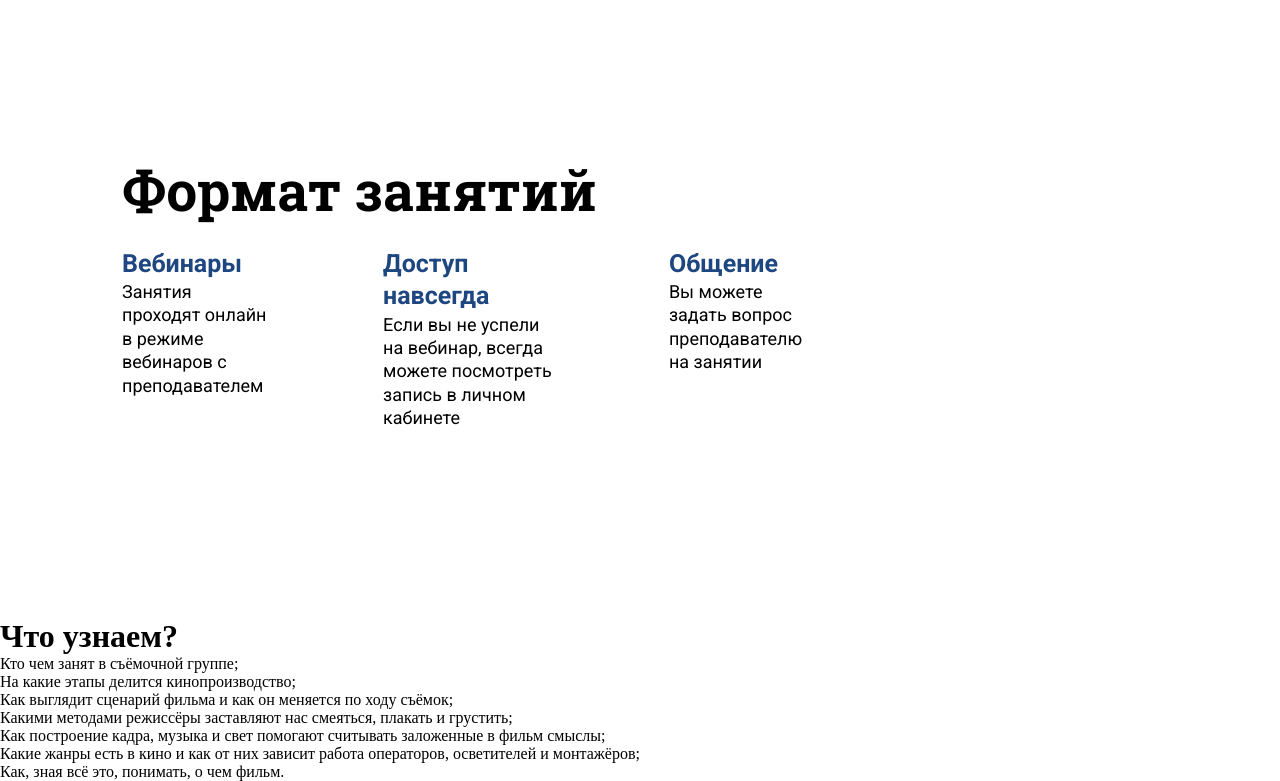
Repository: mirali879/previous-proj
Page: index.html
An editor plug-in stored every save of this project. The page is shown before and after the next save, followed by the edit.
The browser window is 1280 px wide. The pictures show the whole page.

Above is the page before, as saved 2023-05-06 19:26:53.

### index.html
<!DOCTYPE html>
<html lang="en">
  <head>
    <meta charset="UTF-8" />
    <meta http-equiv="X-UA-Compatible" content="IE=edge" />
    <meta name="viewport" content="width=device-width, initial-scale=1.0" />
    <link rel="stylesheet" href="/style.css" />
    <title>Document</title>
  </head>
  <body>
    <div class="page-1">
      <h1>Формат занятий</h1>

      <ul>
        <li >
          <h3>Вебинары</h3>
          <span
            >Занятия проходят онлайн в режиме вебинаров с преподавателем</span
          >
        </li>
        <li >
          <h3>Доступ навсегда</h3>
          <span
            >Если вы не успели на вебинар, всегда можете посмотреть запись в
            личном кабинете</span
          >
        </li>
        <li >
          <h3>Общение</h3>
          <span>Вы можете задать вопрос преподавателю на занятии</span>
        </li>
      </ul>
    </div>

    <div class="page-2">
      <h1>Что узнаем?</h1>
        <ul >
          <li>Кто чем занят в съёмочной группе;</li>
          <li>На какие этапы делится кинопроизводство;</li>
          <li>
            Как выглядит сценарий фильма и как он меняется по ходу съёмок;
          </li>
          <li>
            Какими методами режиссёры заставляют нас смеяться, плакать и
            грустить;
          </li>
          <li>
            Как построение кадра, музыка и свет помогают считывать заложенные в
            фильм смыслы;
          </li>
          <li>
            Какие жанры есть в кино и как от них зависит работа операторов,
            осветителей и монтажёров;
          </li>
          <li>Как, зная всё это, понимать, о чем фильм.</li>
        </ul>
    </div>

    <!-- <div class="container2">
        <h1>Программа курса</h1>
        <div class="box-row">
            <div class="box">
                <img src="/images/pic-1.png" alt="">
                <h3>1. Как создают кино</h3>
                <div class="div">
                    8 сентября 20:00 Данила Кузнецов
                </div>
            </div>

            <div class="box">
                <img src="/images/pic-1.png" alt="">
                <h3>1. Как создают кино</h3>
                <div class="div">
                    8 сентября 20:00 Данила Кузнецов
                </div>
            </div>

            <div class="box">
                <img src="/images/pic-1.png" alt="">
                <h3>1. Как создают кино</h3>
                <div class="div">
                    8 сентября 20:00 Данила Кузнецов
                </div>
            </div>

            <div class="box">
                <img src="/images/pic-1.png" alt="">
                <h3>1. Как создают кино</h3>
                <div class="div">
                    8 сентября 20:00 Данила Кузнецов
                </div>
            </div>

            <div class="box">
                <img src="/images/pic-1.png" alt="">
                <h3>1. Как создают кино</h3>
                <div class="div">
                    8 сентября 20:00 Данила Кузнецов
                </div>
            </div>

            <div class="box">
                <img src="/images/pic-1.png" alt="">
                <h3>1. Как создают кино</h3>
                <div class="div">
                    8 сентября 20:00 Данила Кузнецов
                </div>
            </div>

            <div class="box">
                <img src="/images/pic-1.png" alt="">
                <h3>1. Как создают кино</h3>
                <div class="div">
                    8 сентября 20:00 Данила Кузнецов
                </div>
            </div>

            <div class="box">
                <img src="/images/pic-1.png" alt="">
                <h3>1. Как создают кино</h3>
                <div class="div">
                    8 сентября 20:00 Данила Кузнецов
                </div>
            </div>
        </div>
    </div> -->
  </body>
</html>

### style.css
@import url("https://fonts.googleapis.com/css2?family=Roboto+Slab:wght@700&family=Roboto:wght@400;700&display=swap");
* {
  margin: 0;
  padding: 0;
}
 .page-1 {
  padding: 162px 344px 188px 122px;
}

.page-1 h1 {
  font-family: Roboto Slab;
  font-size: 55px;
  font-weight: 700;
  text-align: left;
}


li {
  margin-right: 112px;
}
.col-1 {
  width: 223px;
}
.col-2 {
  width: 271px;
}
.col-3 {
  width: 245px;
}

ul .col h3 {
  font-family: Roboto;
  font-size: 25px;
  font-weight: 700;
  line-height: 32px;
  letter-spacing: 0em;
  text-align: left;
}

.col span {
  font-family: Roboto;
  font-size: 18px;
  font-weight: 400;
  line-height: 23px;
  letter-spacing: 0em;
  text-align: left;
}

.list{
    width: 666px;
}

.list li {
  font-family: Roboto;
  font-size: 24px;
  font-weight: 400;
  line-height: 36px;
  letter-spacing: 0em;
  text-align: left;
}


.container2{
    padding: 0 85px 0 85px;
}

.box-row{
    display: flex;
    background-color: aqua;
    width: 100%;
    flex-wrap: wrap;

}


.box-row .box{
    width: 399px;
}

.page-1 {
  padding: 162px 344px 188px 122px;
}
.page-1 h1 {
  font-family: "Roboto Slab";
  font-style: normal;
  font-weight: 700;
  font-size: 55px;
  line-height: 101.38%;
}
.page-1 ul {
  margin-top: 30px;
  display: flex;
  justify-content: space-between;
}
.page-1 li {
  list-style-type: none;
}
.page-1 li:nth-child(1) {
  width: 223px;
}
.page-1 li:nth-child(2) {
  width: 260px;
}
.page-1 li:nth-child(3) {
  width: 232px;
}
.page-1 ul li h3 {
  font-family: "Roboto";
  font-style: normal;
  font-weight: 700;
  font-size: 25px;
  line-height: 130%;
  color: #1e4681;
}
.page-1 ul li span {
  font-family: "Roboto";
  font-style: normal;
  font-weight: 400;
  font-size: 18px;
  line-height: 130%;
  color: #000000;
}

.page-2{

}

After the next save:
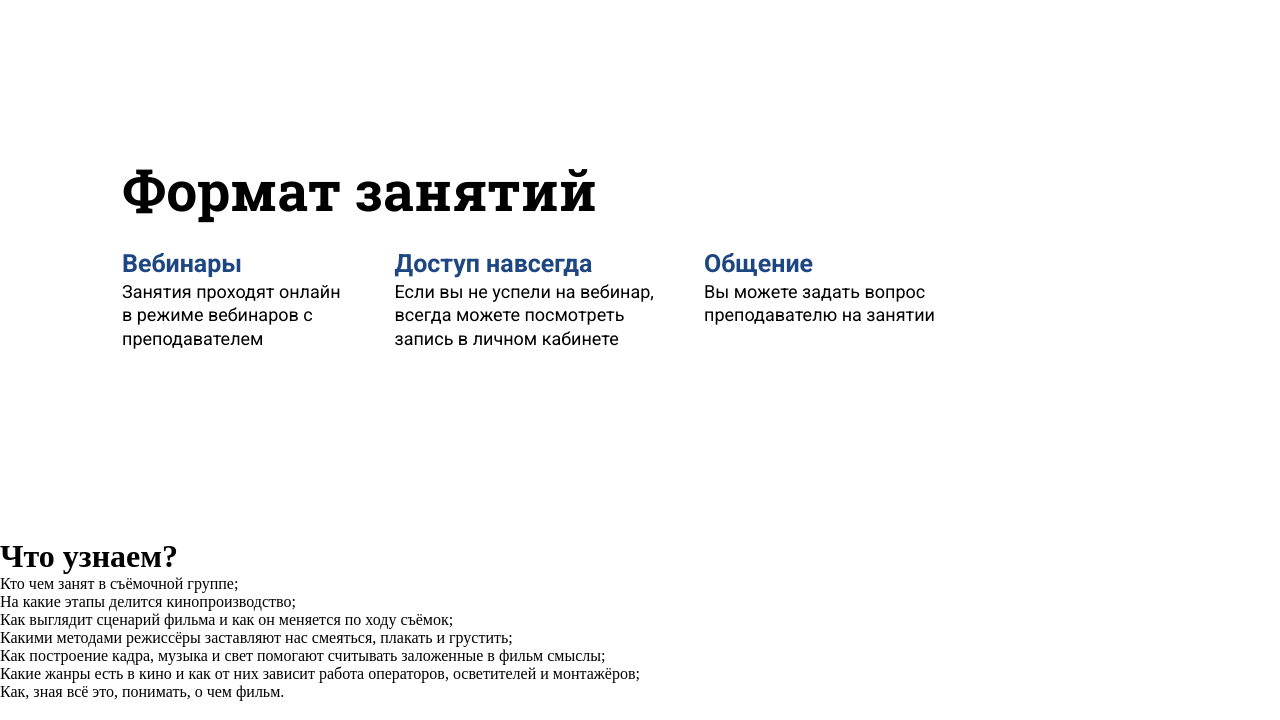
Saved 14 s later.
--- a/style.css
+++ b/style.css
@@ -2,79 +2,6 @@
 * {
   margin: 0;
   padding: 0;
-}
- .page-1 {
-  padding: 162px 344px 188px 122px;
-}
-
-.page-1 h1 {
-  font-family: Roboto Slab;
-  font-size: 55px;
-  font-weight: 700;
-  text-align: left;
-}
-
-
-li {
-  margin-right: 112px;
-}
-.col-1 {
-  width: 223px;
-}
-.col-2 {
-  width: 271px;
-}
-.col-3 {
-  width: 245px;
-}
-
-ul .col h3 {
-  font-family: Roboto;
-  font-size: 25px;
-  font-weight: 700;
-  line-height: 32px;
-  letter-spacing: 0em;
-  text-align: left;
-}
-
-.col span {
-  font-family: Roboto;
-  font-size: 18px;
-  font-weight: 400;
-  line-height: 23px;
-  letter-spacing: 0em;
-  text-align: left;
-}
-
-.list{
-    width: 666px;
-}
-
-.list li {
-  font-family: Roboto;
-  font-size: 24px;
-  font-weight: 400;
-  line-height: 36px;
-  letter-spacing: 0em;
-  text-align: left;
-}
-
-
-.container2{
-    padding: 0 85px 0 85px;
-}
-
-.box-row{
-    display: flex;
-    background-color: aqua;
-    width: 100%;
-    flex-wrap: wrap;
-
-}
-
-
-.box-row .box{
-    width: 399px;
 }
 
 .page-1 {
